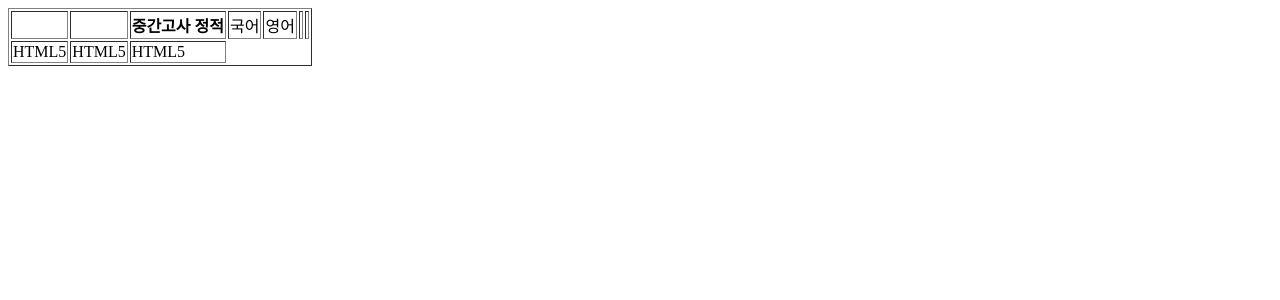
Repository: ygs3004/StudyHTML_CSS
Page: web project 01/src/main/webapp/chapter03/exam03_07.html
These files come from the project's save history. The page is drawn as it stood at one moment and after the next save; the edit follows.
The browser window is 1280 px wide. The pictures show the whole page.

Above is the page before, as saved 2022-08-04 06:28:37.

### web project 01/src/main/webapp/chapter03/exam03_07.html
<!DOCTYPE html>
<html>
<head>
<meta charset="UTF-8">
<title>Insert title here</title>
</head>
<body>
	<table border="1">
		<thead>
			<th>
				<th></th>
				<th rowspan="2">중간고사 정적</th>
				<td>국어</td>
				<td>영어</td>
				<td><td></td>
			</th>
		</thead>
		<tbody>
			<tr>
				<td>HTML5</td>
				<td>HTML5</td>
				<td>HTML5</td>
			</tr>
		</tbody>
	</table>
</body>
</html>

After the next save:
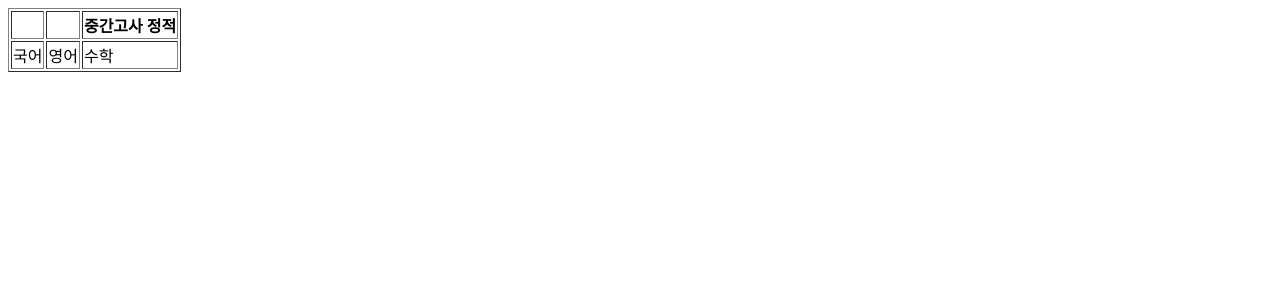
Saved 36 s later.
--- a/web project 01/src/main/webapp/chapter03/exam03_07.html
+++ b/web project 01/src/main/webapp/chapter03/exam03_07.html
@@ -8,19 +8,16 @@
 	<table border="1">
 		<thead>
 			<th>
-				<th></th>
-				<th rowspan="2">중간고사 정적</th>
-				<td>국어</td>
-				<td>영어</td>
-				<td><td></td>
+			<th></th>
+			<th rowspan="2">중간고사 정적</th>
+
 			</th>
 		</thead>
 		<tbody>
 			<tr>
-				<td>HTML5</td>
-				<td>HTML5</td>
-				<td>HTML5</td>
-			</tr>
+				<td>국어</td>
+				<td>영어</td>
+				<td>수학</td>
 		</tbody>
 	</table>
 </body>
